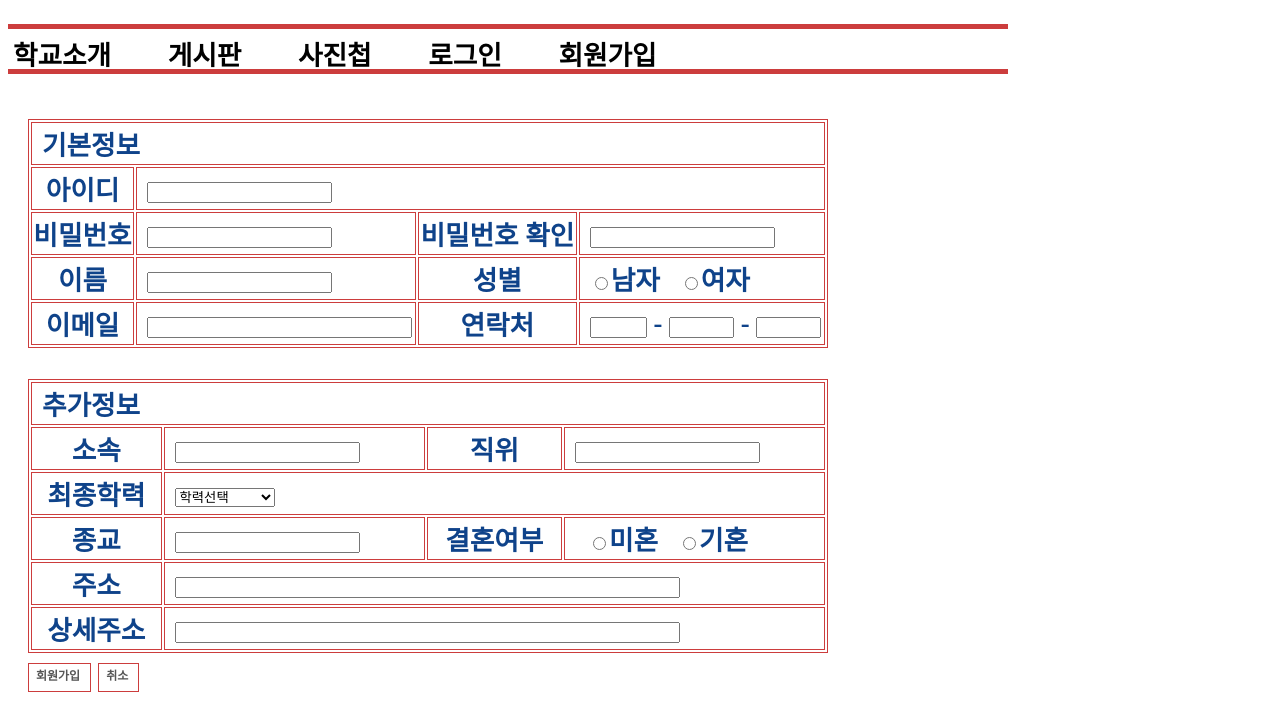
Repository: asaf0813/aisw
Page: java/이클립스/workspace/html/htmltest/WebContent/member/join.html
These files come from the project's save history. The page is drawn as it stood at one moment and after the next save; the edit follows.
The browser window is 1280 px wide. The pictures show the part of the page from y = 158 to 880 px (the page is 880 px tall before and 777 px after).

Above is the page before, as saved 2019-10-03 10:46:16.

### java/이클립스/workspace/html/htmltest/WebContent/member/join.html
<!doctype html>
<html lang="en">
	<head>
		<meta charset="UTF-8">
		<meta name="Generator" content="EditPlus®">
		<meta name="Author" content="">
		<meta name="Keywords" content="">
		<meta name="Description" content="">
		<title>join</title>
		<link href="./join.css" rel="stylesheet" type="text/css" >
		<style type="text/css">
		a { text-decoration:none }
		</style>


		<script>
			function send(){
				var id_view = document.frm.id_view.value;
				var password = document.frm.password.value;
				var password2 = document.frm.password2.value;
				var email = document.frm.emailAdres.value;
				var tel1 = document.frm.Phone1.value;
				var tel2 = document.frm.Phone2.value;
				var tel3 = document.frm.Phone3.value;
				var tel3 = document.frm.Phone3.value;
				var name = document.frm.name.value;

				if(id_view==""){
					alert("아이디를 입력해주세요");
					document.frm.id_view.focus();
					return;
				} else if(password=="") {
					alert("비밀번호를 입력해주세요");
					document.frm.password.focus();
					return;
				} else if(password2=="") {
					alert("비밀번호를 확인해주세요");
					document.frm.password.focus();
					return;
				} else if(name=="") {
					alert("이름을 입력해주세요.");
					document.frm.password.focus();
					return;
				} else {
					if(confirm("가입하시겠습니까?")) {
						document.frm.submit();
					}
				}

				var regExp = /[a-z0-9]{2,}@[a-z0-9-]{2,}\.[a-z0-9]{2,}/i;

				if(!regExp.test(email)){
					alert("이메일 형식이 일치하지 않습니다.");
					document.frm.emailAdres.focus();
					return;
				}

				var tel1Chk = /^0(2|1[01679])$/;
				var tel2Chk = /^[0-9]{3,}$/;
				var tel3Chk = /^[0-9]{4}$/;

				if (tel1.value != '') {
					if (!tel1Chk.test(tel1)){
						alert("번호형식이 일치하지 않습니다.");
						document.frm.Phone1.focus();
						return;
					}
					if (!tel2Chk.test(tel2)){
						alert("번호형식이 일치하지 않습니다.");
						document.frm.Phone2.focus();
						return;
					}
					if (!tel3Chk.test(tel3)){
						alert("번호형식이 일치하지 않습니다.");
						document.frm.Phone3.focus();
						return;
					}
				}
			}

		</script>
	</head>
	<body>
		<div class="header">
			<a href="../main.html">
			<img width="100%" height="150" src = "http://www.postech.ac.kr/wp-content/themes/postech/images/imgs/signature4.png", alt="" ></a>
		<div>
			<p style="margin-top:20px"></p>
		</div>

		<div class="topnavi_ds">
			<div class="topnavi">
				<a href="../intro/intro.html">학교소개</a> <a href="../board/list.html">게시판</a> <a href="../picture/list.html">사진첩</a> <a href="../member/login.html">로그인</a> <a href="../member/join.html">회원가입</a>
			</div>
		</div>


		<div class="divide"/>

		<div class="body">

			<form name="frm">
				<div class="modify_user">
					<table>
						<tr><td colspan="4" height="30">기본정보</td></tr>
						<tr>
							<th>아이디</th>
							<td colspan="3">
							<input type="text" size="20" maxlength="20" name="id_view" >
							</td>
						</tr>
						<tr>
							<th>비밀번호</th>
							<td><input type="password" path="password" name="password" id="password" title="비밀번호" size="20" maxlength="20" /></td>
							<th>비밀번호 확인</th>
							<td><input name="password2" id="password2" title="비밀번호확인" type="password" size="20" maxlength="20" /></td>
						</tr>
						<tr>
							<th>이름</th>
							<td><input name="userNm" id="userNm" title="사용자이름" type="text" size="20" value="" maxlength="60" /></td>
							<th>성별</th>
							<td>
								<input type="radio" id="gen" name="gen" title="성별" value="남자">남자
								&nbsp;&nbsp;<input type="radio" id="gen" name="gen" title="성별" value="여자">여자
							</td>
						</tr>
						<tr>
							<th>이메일</th>
							<td><input name="emailAdres" id="emailAdres" title="이메일주소" cssClass="txaIpt" size="30" maxlength="50" /></td>
							<th>연락처</th>
							<td>
								<input name="Phone1" id="Phone1" title="번호1" cssClass="txaIpt" size="4" maxlength="3" /> -
								<input name="Phone2" id="Phone2" title="번호2" cssClass="txaIpt" size="5" maxlength="4" /> -
								<input name="Phone3" id="Phone3" title="번호3" cssClass="txaIpt" size="5" maxlength="4" />
								<input type="hidden" name="memberPhone" id="memberPhone" title="핸드폰번호" size="20" maxlength="15" />
							</td>
						</tr>
					</table>
					<br />
					<table>
						<tr><td colspan="6" height="30">추가정보</td></tr>
						<tr>
							<th>소속</th>
							<td colspan="1"><input name="orgnz" id="orgnz" title="소속" type="text" size="20" value="" maxlength="60" /></td>
							<th>직위</th>
							<td><input name="position" id="position" title="직위" type="text" size="20" value="" maxlength="60" /></td>
						</tr>
						<tr>
							<th>최종학력</th>
							<td colspan="3">
								<select name="spec" title="최종학력">
									<option value="">학력선택</option>
									<option value="초등학교 재학">초등학교 재학</option>
									<option value="초등학교 졸업">초등학교 졸업</option>
									<option value="중학교 재학">중학교 재학</option>
									<option value="중학교 졸업">중학교 졸업</option>
									<option value="고등학교 재학">고등학교 재학</option>
									<option value="고등학교 졸업">고등학교 졸업</option>
									<option value="대학교 재학">대학교 재학</option>
									<option value="대학교 졸업">대학교 졸업</option>
									<option value="대학원 재학">대학원 재학</option>
								</select>
							</td>
						</tr>
						<tr>
							<th>종교</th>
							<td><input name="religion" id="religion" title="종교" type="text" size="20" value="" maxlength="60" /></td>
							<th>결혼여부</th>
							<td>
								&nbsp;&nbsp;<input type="radio" name="marry" value="미혼">미혼
								&nbsp;&nbsp;<input type="radio" name="marry" value="기혼">기혼
							</td>
						</tr>
						<tr>
							<th>주소</th>
							<td colspan="3">
								<input type="text" name="zipcode" size="60">
							</td>
						</tr>
						<tr>
							<th>상세주소</th>
							<td colspan="3">
								<input type="text" class="addr" name="addr_remain" size="60">
							</td>
						</tr>
					</table>

					<div class="buttons" style="padding-top:10px;padding-bottom:30px; float:left;">
						<a href="#LINK" onclick="javascript:send(); return false;">회원가입</a>
						<a href="#LINK">취소</a>
					</div>
				</div>
			</form>
		</div>
	</body>
</html>

### java/이클립스/workspace/html/htmltest/WebContent/member/join.css
.header a:hover{color:red;}
.header a{color:blue;}

.header{
	width:1000px;
	height:50px;
	float:left;
	font-size: 9pt;
}

.topnavi_ds{
	width:100%;
	height:5px;
	background-color:#CC3D3D;
	float:left;
}
.topnavi a:hover{color:green;}
.topnavi a{color:#000000;}

.topnavi{
	width:1000px; height:30px;
	float:left;
	margin-top:10px;
	margin-left:5px;
	font-size: 20pt;
	font-weight: bold;
	word-spacing:50px;
}

.divide{
	width:100%;
	height:5px;
	float:left;
	margin-top: 25px;
	background-color:#CC3D3D;
	margin-top:40px;
}

.body{
	font-size: 9pt;
	margin-top:50px;
	margin-left:20px;
	width:1000px;
	height:500px;
	float:left;
}

.modify_user{
	font-weight:bold;
	font-size:20pt;
}



.modify_user table{
	clear:both; width:800px;
	border: 1px solid #CC3D3D;
    overflow: hidden;
    white-space: nowrap;
}

.modify_user table th {
	background-color:#FFFFFF;
	border:1px solid #CC3D3D;
    color:#0f438a;
}

.modify_user table td{
	background-color:#ffffff;
	border:1px solid #CC3D3D;
    color:#0f438a;
    padding-left:10px;
}


/* btn */
.buttons a, .buttons button{

    display:block;
    float:left;
    margin:0 7px 0 0;
    background-color:#FFFFFF;
    border:1px solid #CC3D3D;
    font-size:9pt;
    line-height:130%;
    text-decoration:none;
    font-weight:bold;
    color:#565656;
    cursor:pointer;
    padding:5px 10px 6px 7px; /* Links */
}

.buttons a:hover{color:#4786AD;}

After the next save:
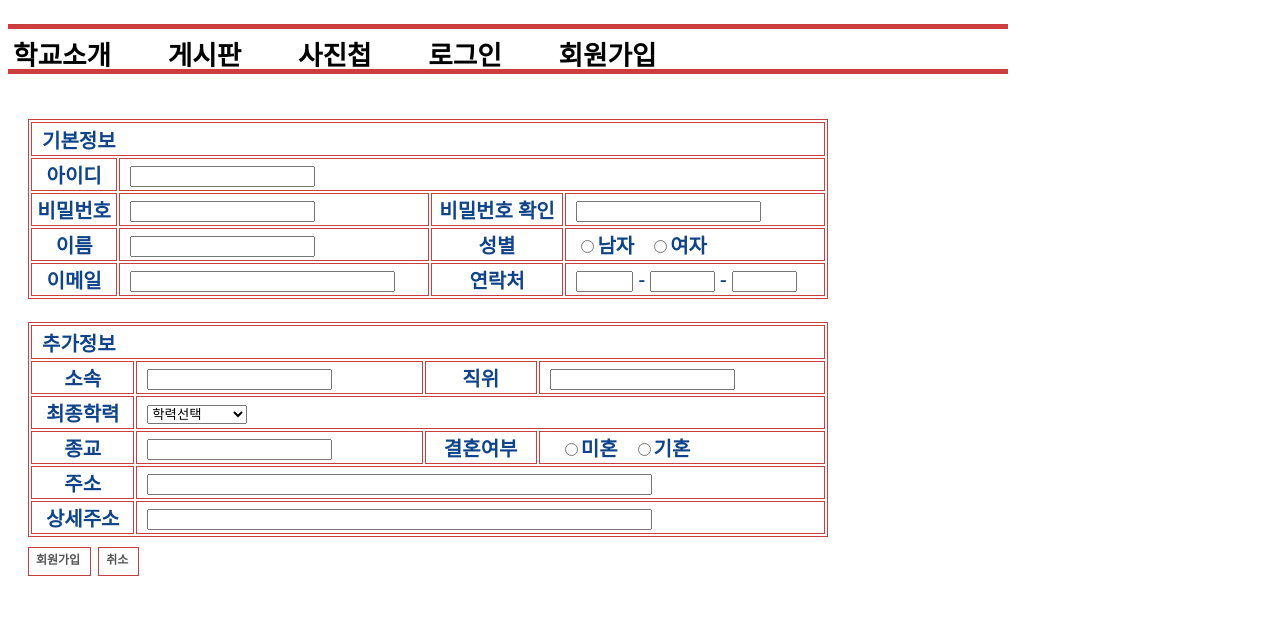
Saved 6 s later.
--- a/java/이클립스/workspace/html/htmltest/WebContent/member/join.css
+++ b/java/이클립스/workspace/html/htmltest/WebContent/member/join.css
@@ -47,7 +47,7 @@
 
 .modify_user{
 	font-weight:bold;
-	font-size:20pt;
+	font-size:15pt;
 }
 
 
